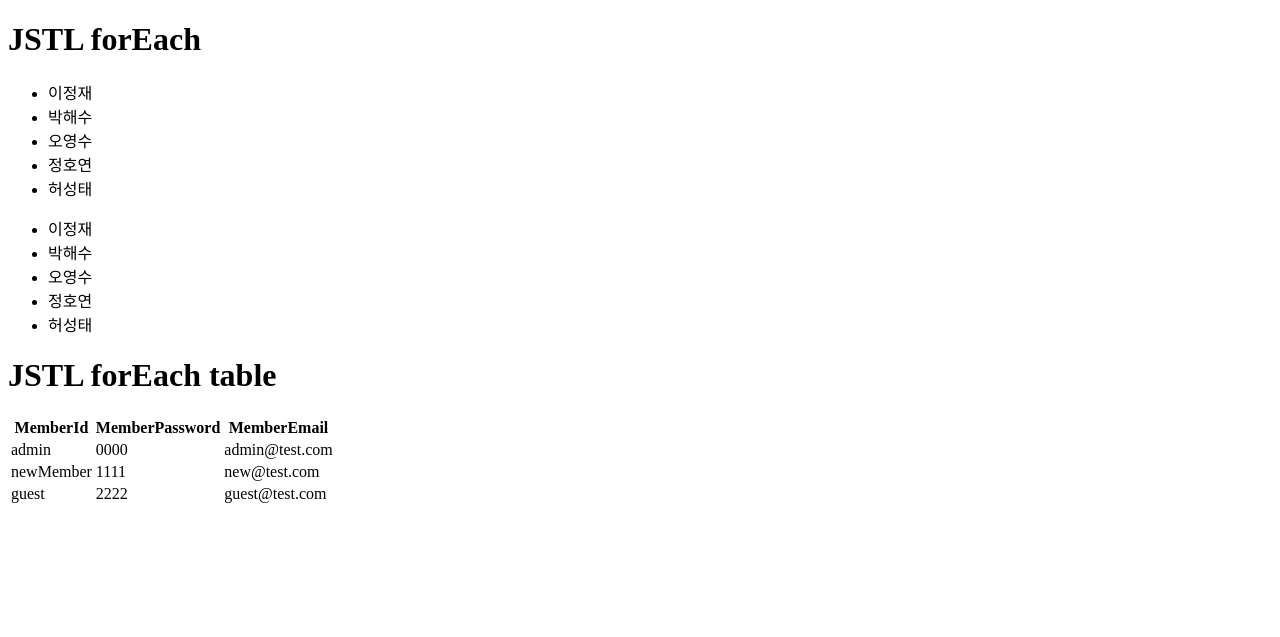
Repository: ljh5973/labweb
Page: http://localhost/JSP04/04_forEach.jsp
These files come from the project's save history. The page is drawn as it stood at one moment and after the next save; the edit follows.
The browser window is 1280 px wide. The pictures show the whole page.
The page is served by Tomcat 9.

Above is the page before, as saved 2022-01-11 06:19:00.

### JSP04/webapp/04_forEach.jsp
<%@page import="edu.web.model.Member"%>
<%@page import="java.util.ArrayList"%>
<%@ page language="java" contentType="text/html; charset=UTF-8"
    pageEncoding="UTF-8"%>
<%@ page trimDirectiveWhitespaces="true"%>
<%@ taglib prefix="c" uri="http://java.sun.com/jsp/jstl/core" %>
<!DOCTYPE html>
<html>
	<head>
		<meta charset="UTF-8">
		<title>JSTL</title>
	</head>
	<body>

	<h1>JSTL forEach</h1>

	<%
	// list 아이템으로 사용할 더미 데이터
	String[] actors={"이정재", "박해수" , "오영수","정호연", "허성태"};

	// script에서 선언한 지역 변수는 EL에서 사용할 수 없음.
	// EL에서 사용할 수 있는 변수는 pageContext, request, session, application의 속성들
	pageContext.setAttribute("actorList", actors);

	%>

	<ul>
	<%
		for(String s: actors){%>
		<li><%=s %></li>
		<% }%>

	</ul>
	<ul>
		<c:forEach var="actor" items="${actorList }">

			<li>${actor }</li>

		</c:forEach>
	</ul>


	<h1>JSTL forEach table</h1>

	<%
		// 테이블의 row(행) 데이터로 사용할 더미 데이터
	ArrayList<Member> list= new ArrayList<>();
	list.add(new Member("admin", "0000", "admin@test.com"));
	list.add(new Member("newMember", "1111", "new@test.com"));
	list.add(new Member("guest" , "2222", "guest@test.com"));

	request.setAttribute("memberList", list);

	%>

	<table>
		<thead>
		<tr>
			<th>MemberId</th>
			<th>MemberPassword</th>
			<th>MemberEmail</th>
		</tr>
		</thead>

		<tbody>
		<% for (Member m: list) {%>
			<tr>
				<td><%=m.getMemberId() %></td>
				<td><%=m.getMemberPassword() %></td>
				<td><%=m.getMemberEmail() %></td>
			</tr>
		<%} %>

		</tbody>


	</table>

	</body>
</html>

### JSP04/src/edu/web/model/Member.java
package edu.web.model;

public class Member {


	private String memberId;
	private String memberPassword;
	private String memberEmail;

	public Member() {
		// TODO Auto-generated constructor stub
	}

	public Member(String memberId, String memberPassword, String memberEmail) {
		this.memberId = memberId;
		this.memberPassword = memberPassword;
		this.memberEmail = memberEmail;
	}

	public String getMemberId() {
		return memberId;
	}

	public void setMemberId(String memberId) {
		this.memberId = memberId;
	}

	public String getMemberPassword() {
		return memberPassword;
	}

	public void setMemberPassword(String memberPassword) {
		this.memberPassword = memberPassword;
	}

	public String getMemberEmail() {
		return memberEmail;
	}

	public void setMemberEmail(String memberEmail) {
		this.memberEmail = memberEmail;
	}




}

After the next save:
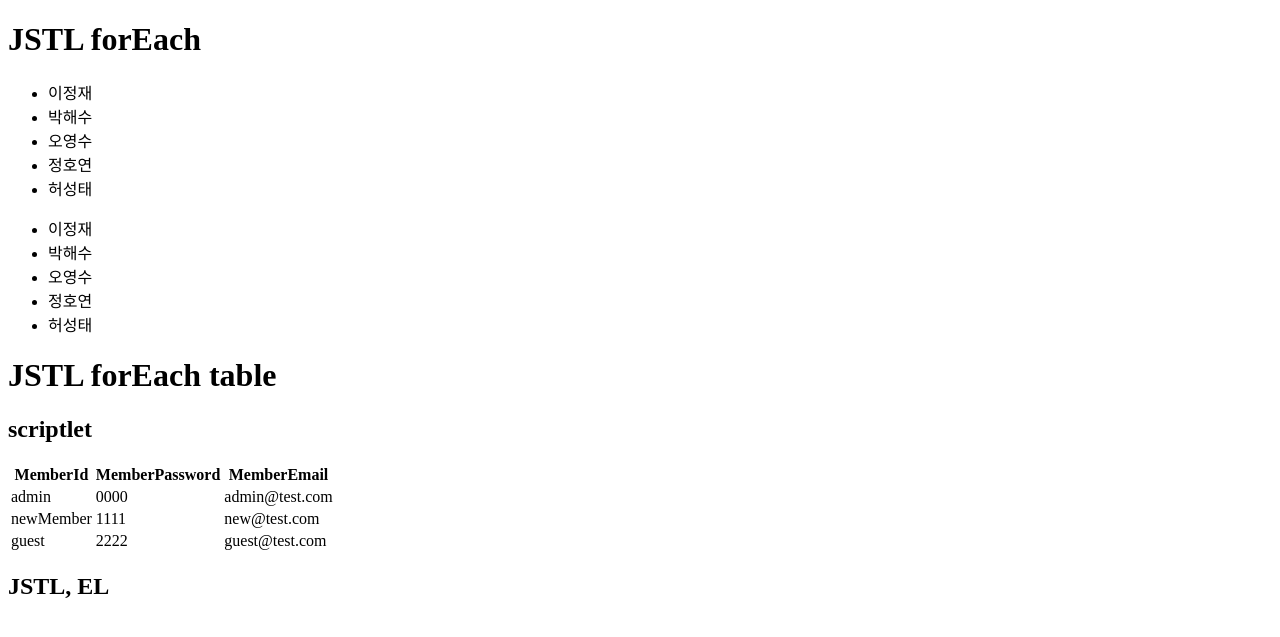
Saved 80 s later.
--- a/JSP04/webapp/04_forEach.jsp
+++ b/JSP04/webapp/04_forEach.jsp
@@ -53,6 +53,7 @@
 
 	%>
 
+	<h2>scriptlet</h2>
 	<table>
 		<thead>
 		<tr>
@@ -73,8 +74,9 @@
 
 		</tbody>
 
-
 	</table>
 
+
+	<h2>JSTL, EL</h2>
 	</body>
 </html>
